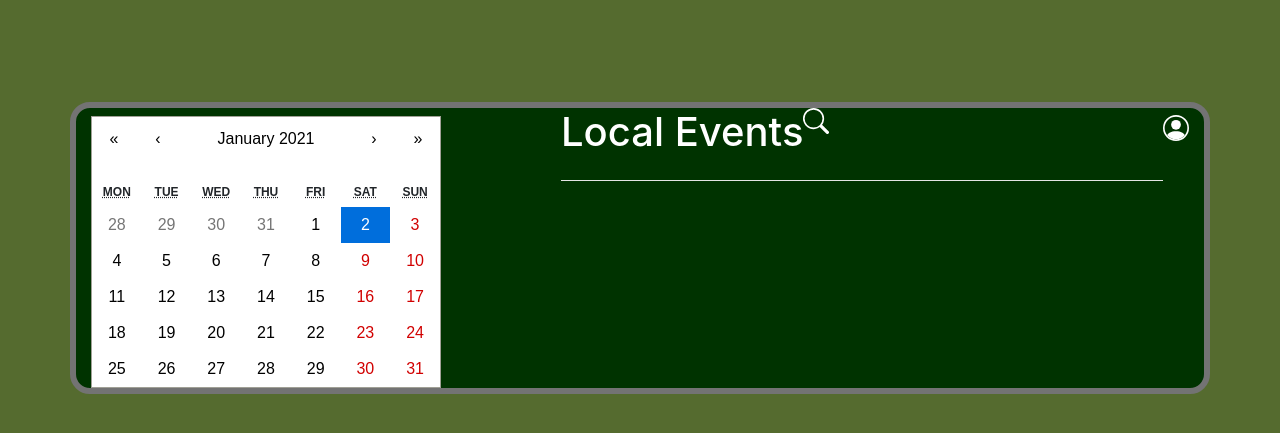
Repository: lalji-yadav/Calendar-code
Page: /
An editor plug-in stored every save of this project. The page is shown before and after the next save, followed by the edit.
The browser window is 1280 px wide. The pictures show the whole page.
The project was rebuilt for these pictures with package versions that can differ from the ones it lists, and the page was loaded fresh each time. Also part of the build but not shown: src/App.css.

Above is the page before, as saved 2021-01-03 13:56:22.

After the next save:
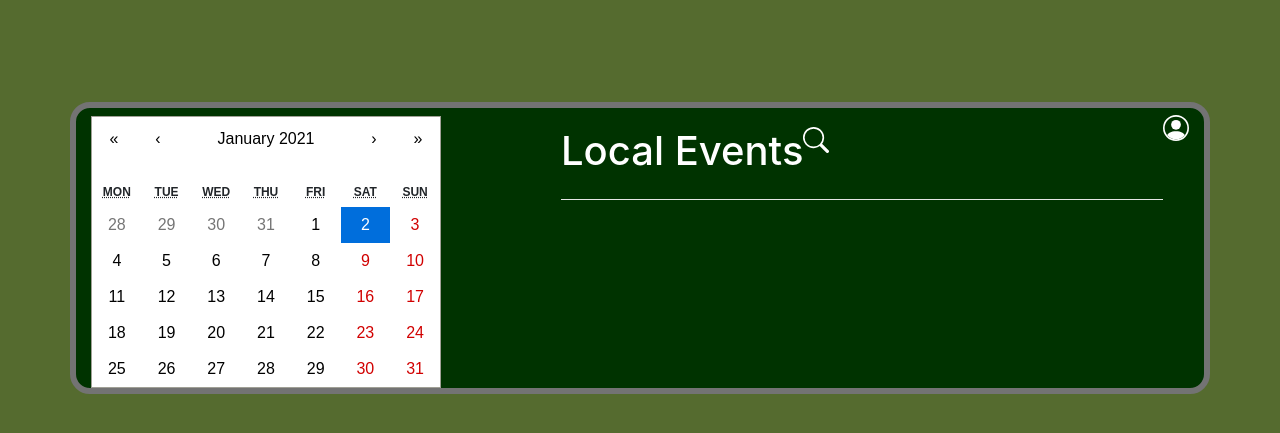
Saved 90 s later.
--- a/src/calendar/Home.js
+++ b/src/calendar/Home.js
@@ -21,7 +21,7 @@
             </svg>
             </div>
 
-            <div className="row">
+            <div className="row" style={{paddingTop:"3%"}}>
               <h1 style={{color:"white"}}>Local Events </h1>
                <svg xmlns="http://www.w3.org/2000/svg" width="26" height="26" fill="white" class="bi bi-search" viewBox="0 0 16 16">
                <path d="M11.742 10.344a6.5 6.5 0 1 0-1.397 1.398h-.001c.03.04.062.078.098.115l3.85 3.85a1 1 0 0 0 1.415-1.414l-3.85-3.85a1.007 1.007 0 0 0-.115-.1zM12 6.5a5.5 5.5 0 1 1-11 0 5.5 5.5 0 0 1 11 0z"/>
